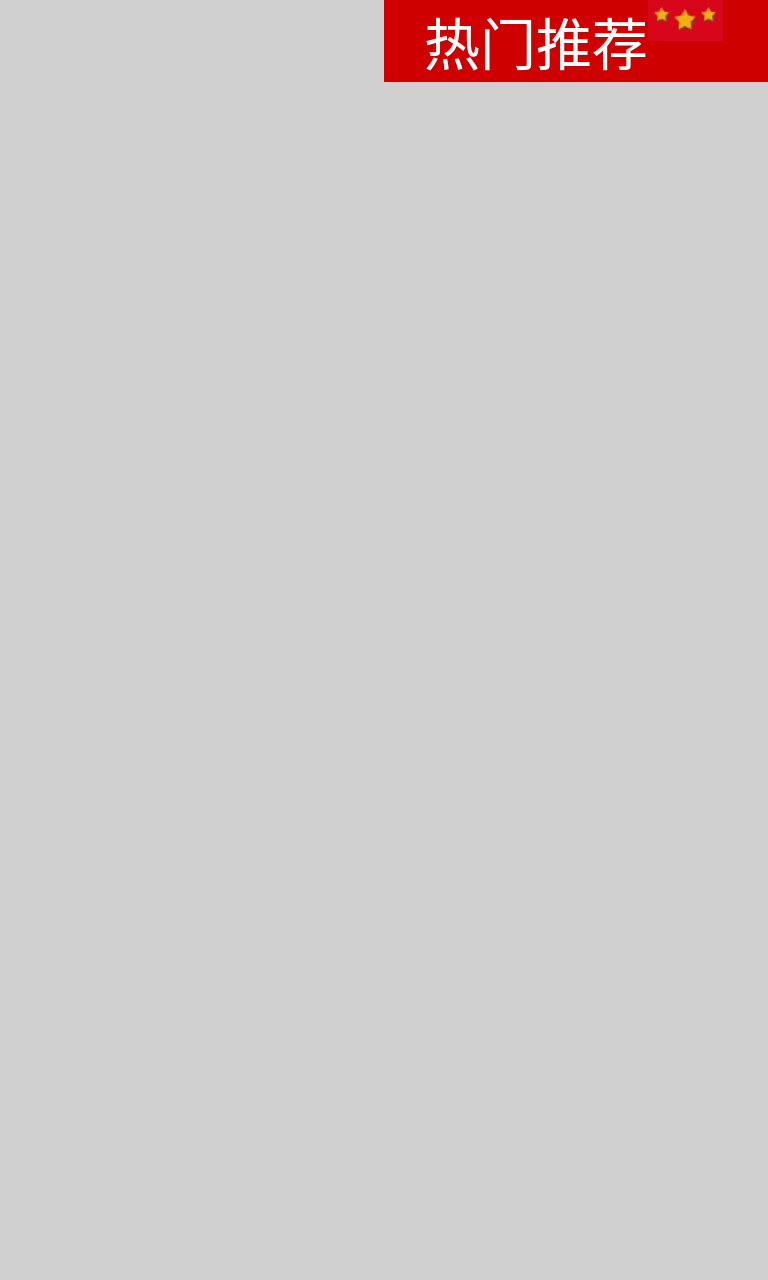
Repository: hhxiaojQCS/QCS_ListView
Layout: QCS/res/layout/activity_filter.xml
These files come from the project's save history. The layout is drawn as it stood at one moment and after the next save; the edit follows.
It is drawn on a 768 x 1280 px phone screen (xhdpi) without system bars, with theme AppTheme; the app's code is not run. Lists and similar views that code fills are empty.

Above is the layout before, as saved 2013-08-07 07:45:54.

After the next save:
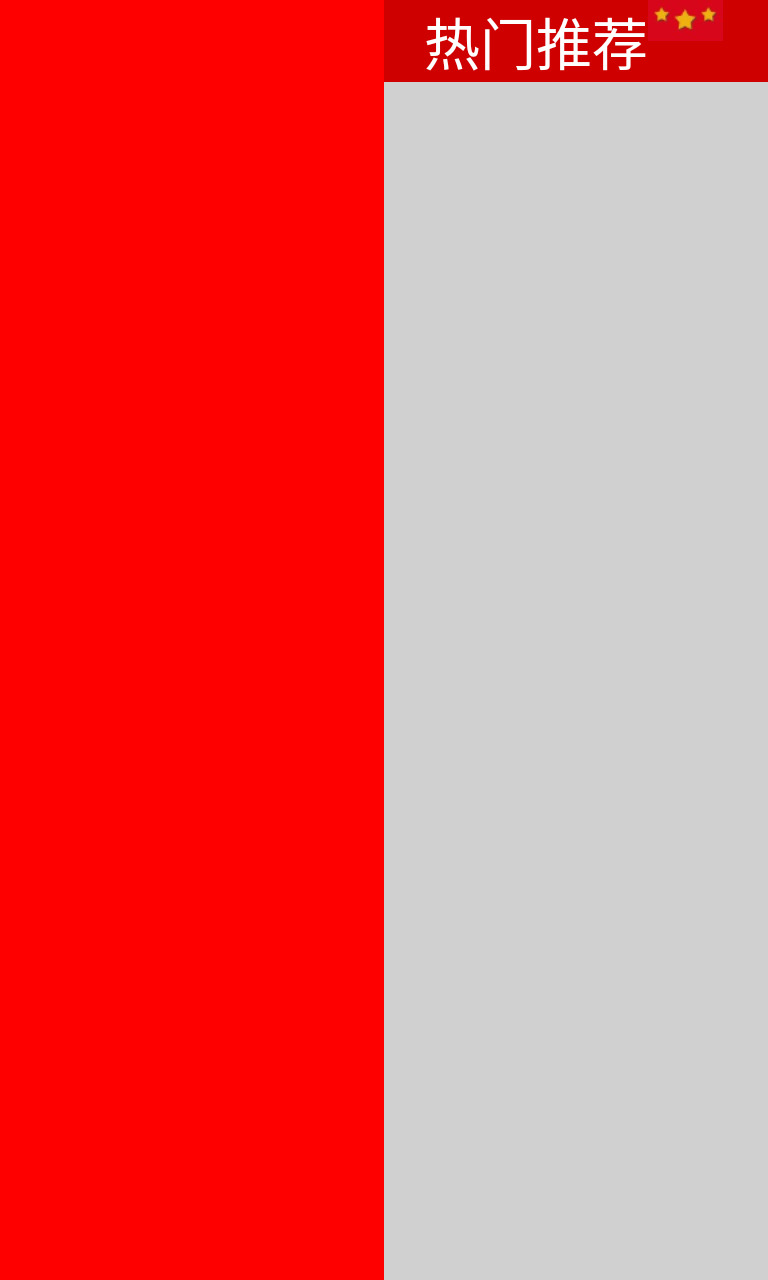
Saved 57 s later.
--- a/QCS/res/layout/activity_filter.xml
+++ b/QCS/res/layout/activity_filter.xml
@@ -8,16 +8,16 @@
 
     <LinearLayout
         android:id="@+id/lilay_filter_01"
-        android:layout_width="fill_parent"
+        android:layout_width="match_parent"
         android:layout_height="match_parent"
         android:layout_weight="4"
-
+        android:background="#FF0000"
         android:orientation="vertical" >
     </LinearLayout>
 
     <LinearLayout
         android:id="@+id/lilay_filter_02"
-        android:layout_width="fill_parent"
+        android:layout_width="match_parent"
         android:layout_height="match_parent"
         android:layout_weight="4"
         android:orientation="vertical" >
